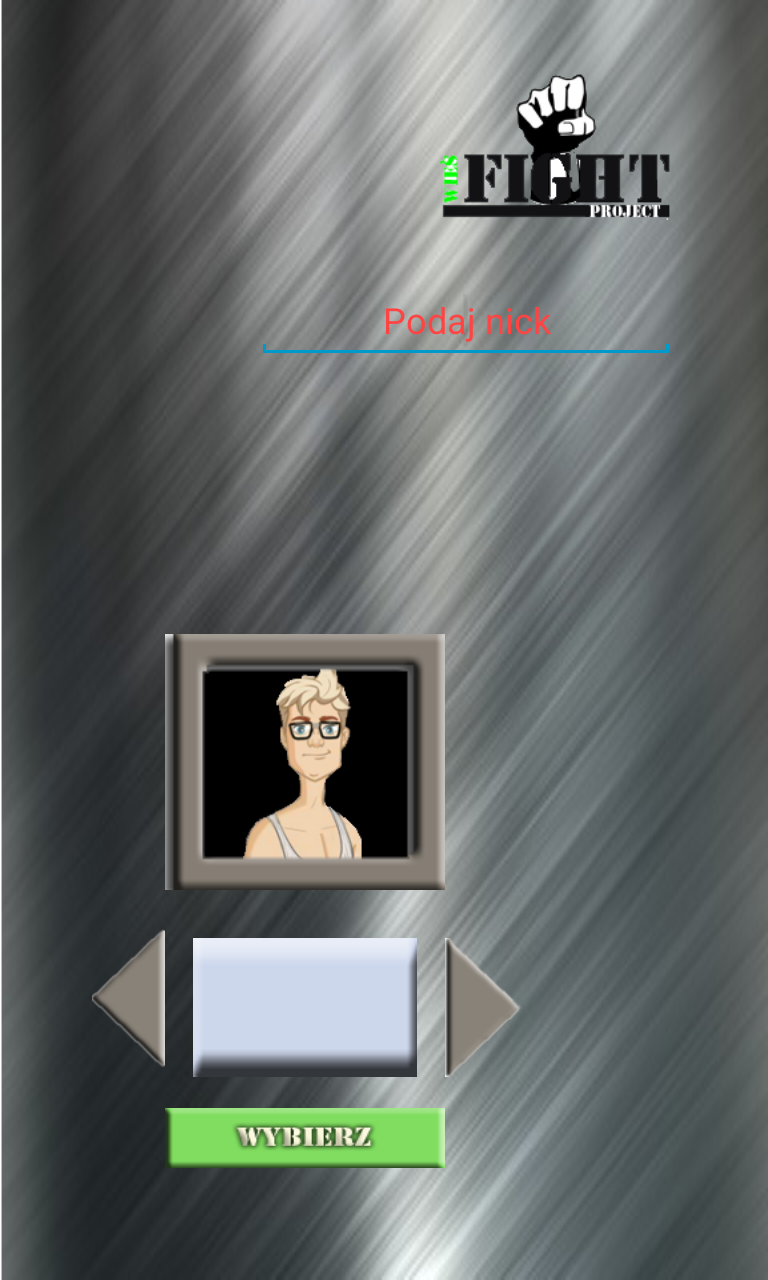
Repository: KrzysztofWolinski/WiesFight_Project
Layout: WiesFight/res/layout/activity_login.xml
These files come from the project's save history. The layout is drawn as it stood at one moment and after the next save; the edit follows.
It is drawn on a 768 x 1280 px phone screen (xhdpi) without system bars, with theme AppTheme; the app's code is not run.

Above is the layout before, as saved 2014-11-12 20:11:12.

### WiesFight/res/layout/activity_login.xml
<RelativeLayout xmlns:tools="http://schemas.android.com/tools"
    xmlns:android="http://schemas.android.com/apk/res/android"
    android:layout_width="match_parent"
    android:layout_height="match_parent"
    android:background="@drawable/bg"
    android:paddingBottom="@dimen/activity_vertical_margin"
    android:paddingLeft="@dimen/activity_horizontal_margin"
    android:paddingRight="@dimen/activity_horizontal_margin"
    android:paddingTop="@dimen/activity_vertical_margin"
    tools:context="com.wiesfight.activities.LoginActivity" >

    <ImageView
        android:id="@+id/imgLogo"
        android:layout_width="wrap_content"
        android:layout_height="wrap_content"
        android:layout_alignParentRight="true"
        android:layout_alignParentTop="true"
        android:layout_marginTop="20dp"
        android:layout_marginRight="30dp"
        android:contentDescription="@string/logo"
        android:src="@drawable/logo" />

    <Button
        android:id="@+id/btnChoose"
        android:layout_width="140dp"
        android:layout_height="30dp"
        android:layout_alignParentBottom="true"
        android:layout_toRightOf="@+id/ibtnLeft"
        android:layout_marginBottom="40dp"
        android:background="@drawable/wybierz"
        android:onClick="addUser" />

    <ImageButton
        android:id="@+id/ibtnLeft"
        android:layout_width="wrap_content"
        android:layout_height="wrap_content"
        android:layout_above="@+id/btnChoose"
        android:layout_alignParentLeft="true"
        android:layout_marginBottom="20dp"
        android:layout_marginLeft="30dp"
        android:background="@android:color/transparent"
        android:contentDescription="@string/lewy"
        android:onClick="changeClass"
        android:src="@drawable/lewy" />

    <FrameLayout
	    android:layout_width="wrap_content"
	    android:layout_height="wrap_content"
	    android:layout_above="@+id/lblClass"
        android:layout_marginBottom="15dp"
	    android:layout_toRightOf="@+id/ibtnLeft"
	    android:layout_toLeftOf="@+id/ibtnRight" >

	    <ImageView
	        android:id="@+id/imgAvatar"
	        android:layout_width="fill_parent"
	        android:layout_height="wrap_content"
	        android:contentDescription="@string/avatar"
	        android:src="@drawable/informatyk"
	        android:layout_gravity="center" />

	    <ImageView
	        android:id="@+id/imgFrame"
	        android:layout_width="fill_parent"
	        android:layout_height="136dp"
	        android:contentDescription="@string/ramka"
	        android:src="@drawable/ramka" />

    </FrameLayout>

    <ImageButton
        android:id="@+id/ibtnRight"
        android:layout_width="wrap_content"
        android:layout_height="wrap_content"
        android:layout_alignTop="@+id/ibtnLeft"
        android:layout_toRightOf="@+id/btnChoose"
        android:layout_marginTop="5dp"
        android:background="@android:color/transparent"
        android:onClick="changeClass"
        android:contentDescription="@string/prawy"
        android:src="@drawable/prawy" />

    <TextView
        android:id="@+id/lblClass"
        android:layout_width="wrap_content"
        android:layout_height="wrap_content"
        android:layout_alignTop="@+id/ibtnLeft"
        android:layout_alignBottom="@+id/ibtnRight"
        android:layout_marginTop="5dp"
        android:layout_marginLeft="14dp"
        android:layout_marginRight="14dp"
        android:layout_toLeftOf="@+id/ibtnRight"
        android:layout_toRightOf="@+id/ibtnLeft"
        android:background="@drawable/przycisknazwaclasy"
        android:gravity="center"
        android:textAppearance="?android:attr/textAppearanceMedium" />

    <EditText
        android:id="@+id/txtNick"
        android:layout_width="wrap_content"
        android:layout_height="wrap_content"
        android:layout_alignParentRight="true"
        android:layout_below="@+id/imgLogo"
        android:layout_marginRight="30dp"
        android:layout_marginTop="30dp"
        android:ems="10"
        android:gravity="center_vertical|center_horizontal"
        android:hint="@string/nickHint"
        android:textColor="@android:color/white"
        android:textColorHint="@android:color/holo_red_light" >

        <requestFocus />
    </EditText>

</RelativeLayout>

### WiesFight/res/values/strings.xml
<?xml version="1.0" encoding="utf-8"?>
<resources xmlns:android="http://schemas.android.com/apk/res/android">

    <string name="app_name">WiesFight</string>
    <string name="hello_world">Hello world!</string>
    <string name="action_settings">Settings</string>
    <string name="title_activity_posts">PostsActivity</string>
    <string name="title_activity_login">LoginActivity</string>
    <string name="logo">logo</string>
    <string name="wybierz">wybierz</string>
    <string name="walka">walka</string>
    <string name="sklep">sklep</string>
    <string name="ustawienia">ustawienia</string>
    <string name="title_activity_fight">FightActivity</string>
    <string name="title_activity_shop">ShopActivity</string>
    <string name="title_activity_settings">SettingsActivity</string>
    <string name="nickHint">Podaj nick</string>
    <string name="avatar">avatar</string>
    <string name="lewy">lewy</string>
    <string name="prawy">prawy</string>
    <string name="ramka">ramka</string>
    <string name="desc">obrazek</string>
    <string name="yes">Tak</string>
    <string name="no">Nie</string>
    <string name="ok">OK</string>
    <string name="instruction">tutaj instrukcja jak grać</string>
    <string name="noInternetConnection">Połącz się z internetem i spróbuj ponownie.</string>
    <string name="confirmExit">Czy na pewno chcesz wyjść z gry?</string>
    <string name="confirmDelete">Czy na pewno chcesz usunąć postać?</string>
    <string name="title_activity_start">StartActivity</string>

</resources>

Loaded but not shown: WiesFight/res/values/styles.xml (common file); WiesFight/res/values-v11/styles.xml (common file); WiesFight/res/values-v14/styles.xml (common file); WiesFight/res/values/dimens.xml (common file); WiesFight/res/values-w820dp/dimens.xml (common file)

After the next save:
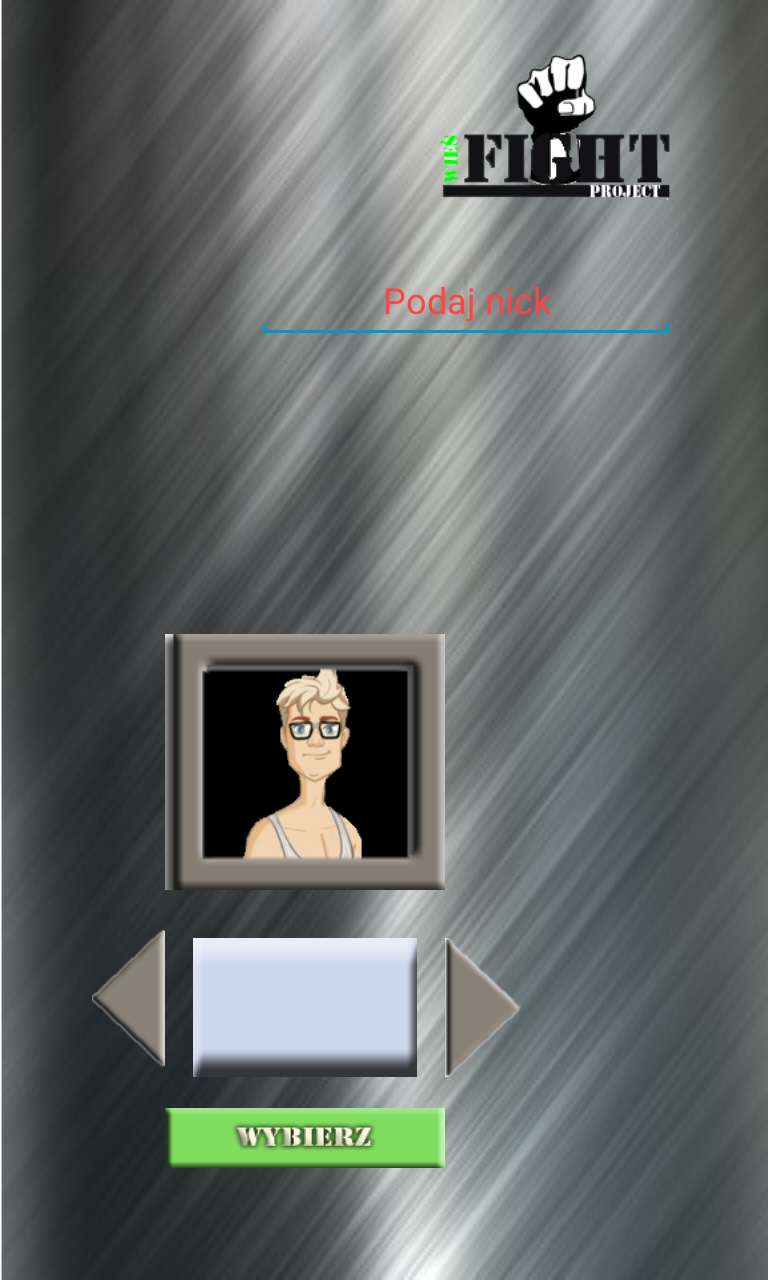
Saved 7 s later.
--- a/WiesFight/res/layout/activity_login.xml
+++ b/WiesFight/res/layout/activity_login.xml
@@ -15,7 +15,7 @@
         android:layout_height="wrap_content"
         android:layout_alignParentRight="true"
         android:layout_alignParentTop="true"
-        android:layout_marginTop="20dp"
+        android:layout_marginTop="10dp"
         android:layout_marginRight="30dp"
         android:contentDescription="@string/logo"
         android:src="@drawable/logo" />
